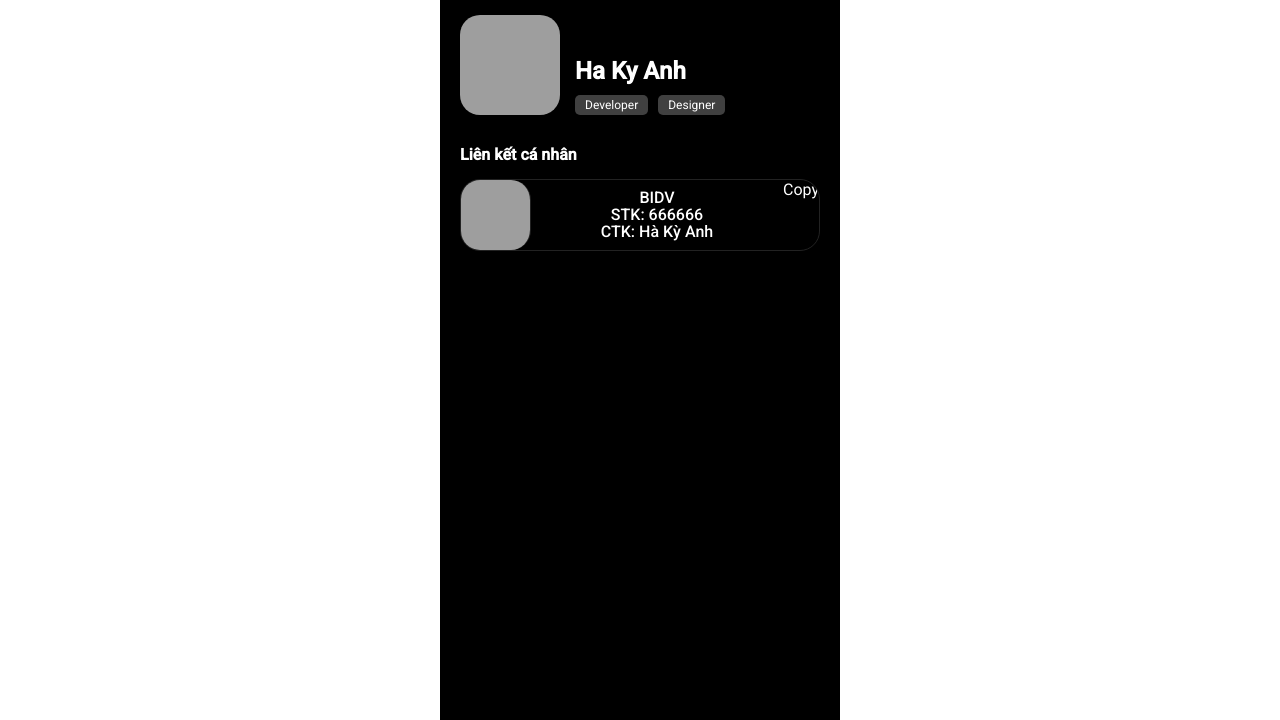
Repository: yzarc204/nguyen-tien-viet-hoang
Page: thong-tin-thanh-toan/index.html
The author's editor kept a copy of each file at every save. The page is drawn from the files as they stood at one save, then again after the next save.
The browser window is 1280 px wide. The pictures show the whole page.
Pictures or frames that could not be fetched are drawn as grey boxes.

Above is the page before, as saved 2021-09-27 10:54:35.

### thong-tin-thanh-toan/index.html
<!DOCTYPE html>
<html lang="en">
<head>
    <meta charset="UTF-8">
    <meta http-equiv="X-UA-Compatible" content="IE=edge">
    <meta name="viewport" content="width=device-width, initial-scale=1.0">
    <title>Personal Card</title>
    <!-- Google Fonts -->
    <link rel="preconnect" href="https://fonts.googleapis.com">
    <link rel="preconnect" href="https://fonts.gstatic.com" crossorigin>
    <link href="https://fonts.googleapis.com/css2?family=Roboto:wght@300;400;500&display=swap" rel="stylesheet">
    <!-- CSS -->
    <link rel="stylesheet" href="./public/css/index.css">
</head>
<body>
    <div class="container">
        <div class="profile-header">
            <img alt="Avatar"
                src="https://source.unsplash.com/random"
                class="profile-avatar">
            <div class="profile-info">
                <h4 class="profile-name">Ha Ky Anh</h4>
                <div class="skills">
                    <div class="skill-tag">Developer</div>
                    <div class="skill-tag">Designer</div>
                </div>
            </div>
        </div>
        <h4 class="title">Liên kết cá nhân</h4>
        <div class="banks">
            <div class="bank">
                <img src="https://source.unsplash.com/random" class="bank-logo">
                <div class="bank-info">
                    <p class="bank-name">BIDV</p>
                    <p class="bank-number">STK: 666666</p>
                    <p class="bank-name">CTK: Hà Kỳ Anh</p>
                </div>
                <span class="btn-copy">Copy</span>
            </div>
        </div>
    </div>
</body>
</html>

### thong-tin-thanh-toan/public/css/index.css
* {
    padding: 0;
    margin: 0;
    -webkit-box-sizing: border-box;
    font-family: 'Roboto', sans-serif;
}

body {
    width: 100%;
    overflow: hidden;
}

/* ===== CONTAINER ===== */
.container{
    width: 400px;
    height: 100vh;
    margin: 0 auto;
    padding: 15px 20px;
    overflow: hidden scroll;
    background: #000;
    color: #fff;
}
/* ===== PROFILE HEADER ===== */
.profile-header{
    width: 100%;
    display: flex;
    flex-wrap: wrap;
    margin-bottom: 30px;
}
.profile-avatar{
    width: 100px;
    height: 100px;
    object-fit: cover;
    object-position: center;
    border-radius: 20px;
}
.profile-info{
    margin-top: auto;
    padding: 0px 15px;
}
.profile-name{
    margin-bottom: 10px;
    font-size: 24px;
}
.skills{
    display: flex;
    flex-wrap: nowrap;
}
.skill-tag{
    padding: 3px 10px;
    margin-right: 10px;
    color: #fff;
    font-size: 12px;
    position: relative;
    display: none;
}
.skill-tag:before {
    content: "";
    position: absolute;
    top: 0;
    right: 0;
    bottom: 0;
    left: 0;
    background-color: currentColor;
    opacity: 0.25;
    border-radius: 5px;
}
.skill-tag:first-child {
    display: block;
}
.skill-tag:nth-child(2) {
    display: block;
}
/* ===== TITLE ===== */
.title{
    margin-bottom: 15px;
}
/* ===== BANKS ===== */
.banks {
    width: 100%;
    overflow: hidden;
    border: 1px solid #222;
    border-radius: var(--border-rounded);
    --size: 70px;
    --border-rounded: 20px;
}
.bank {
    width: 100%;
    height: 70px;
    display: flex;
}
.bank-logo {
    width: var(--size);
    height: var(--size);
    border-right: 1px solid #222;
    border-top-right-radius: var(--border-rounded);
    border-bottom-right-radius: var(--border-rounded);
}
.bank-info {
    flex: 1;
    text-align: center;
    padding: 10px 7.5px;
    display: flex;
    flex-direction: column;
    justify-content: space-between;
    align-items: center;
}
.bank-info > p {
    font-weight: 500;
    line-height: 1;
}
.bank-name{
    font-size: 16px;
}
.bank-number{

}
.btn-copy{

}

After the next save:
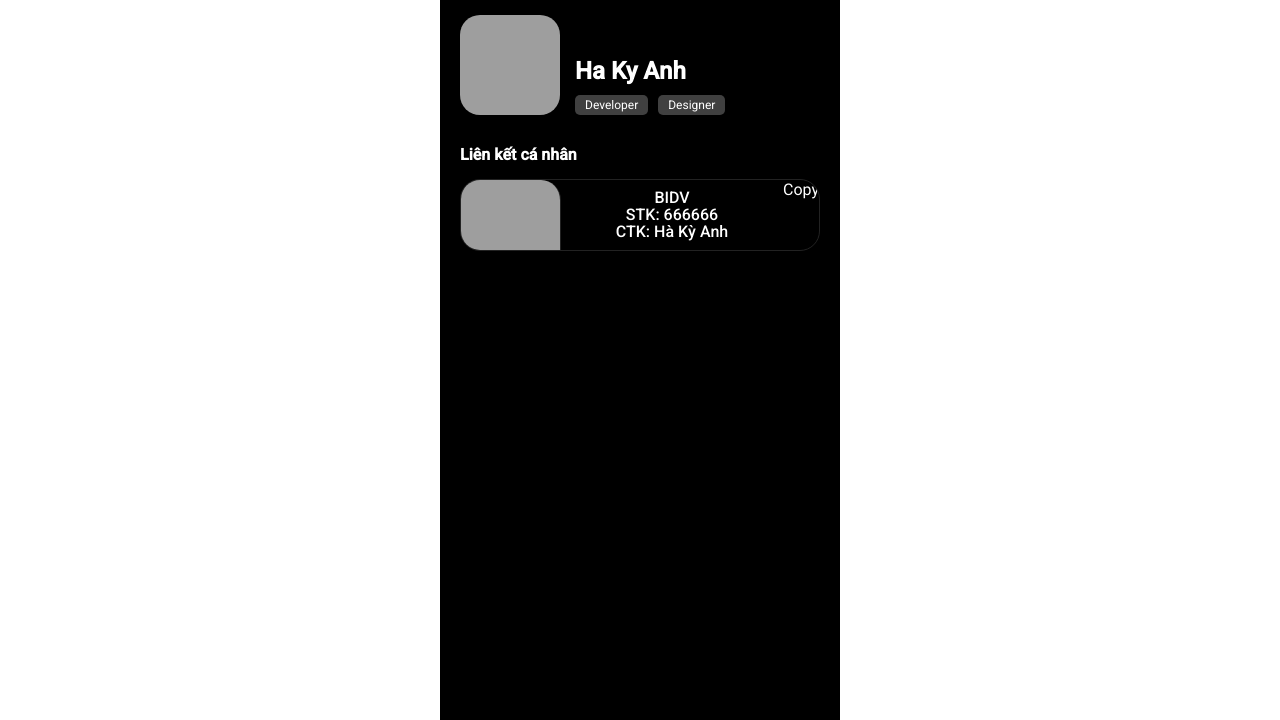
Saved 9 s later.
--- a/thong-tin-thanh-toan/public/css/index.css
+++ b/thong-tin-thanh-toan/public/css/index.css
@@ -81,7 +81,7 @@ body {
     overflow: hidden;
     border: 1px solid #222;
     border-radius: var(--border-rounded);
-    --size: 70px;
+    --size: 100px;
     --border-rounded: 20px;
 }
 .bank {
